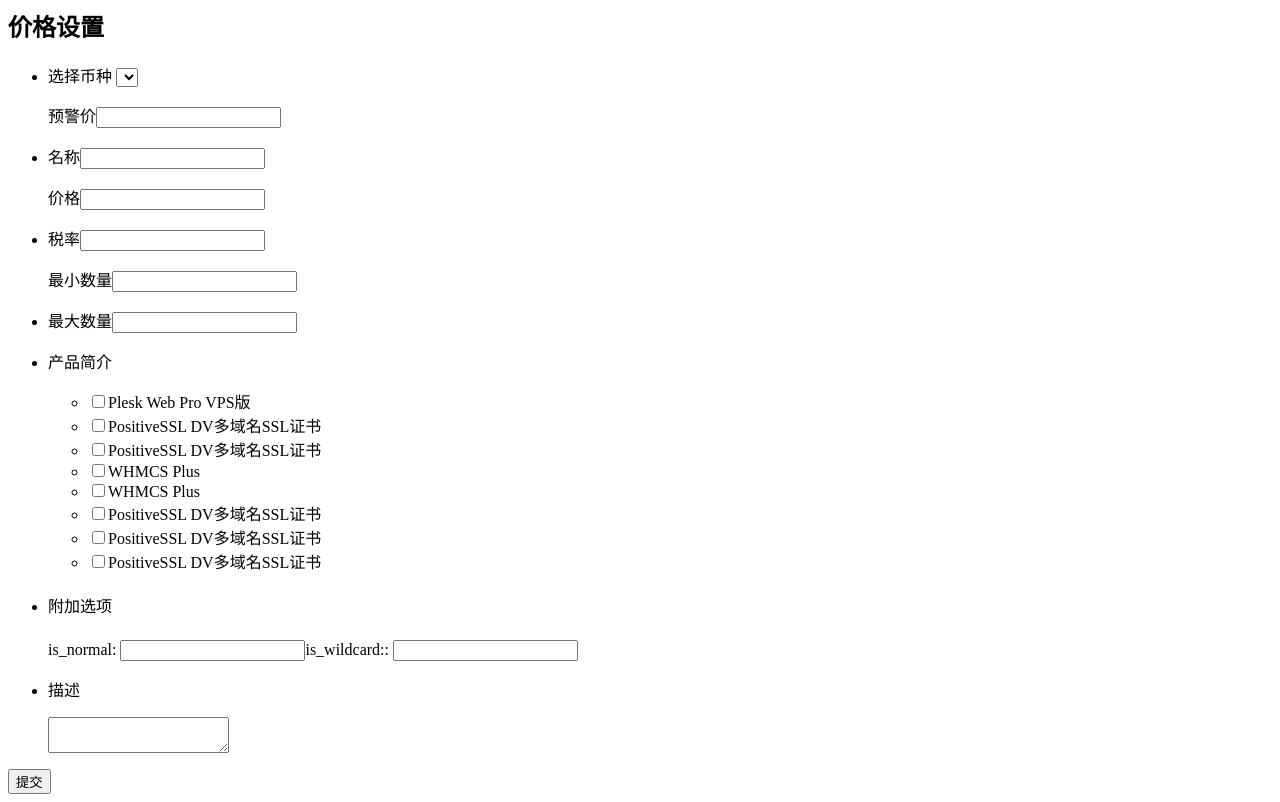
Repository: wangyan466393/racentSystem
Page: priceSetting.html
These files come from the project's save history. The page is drawn as it stood at one moment and after the next save; the edit follows.
The browser window is 1280 px wide. The pictures show the whole page.

Above is the page before, as saved 2020-08-12 18:03:57.

After the next save:
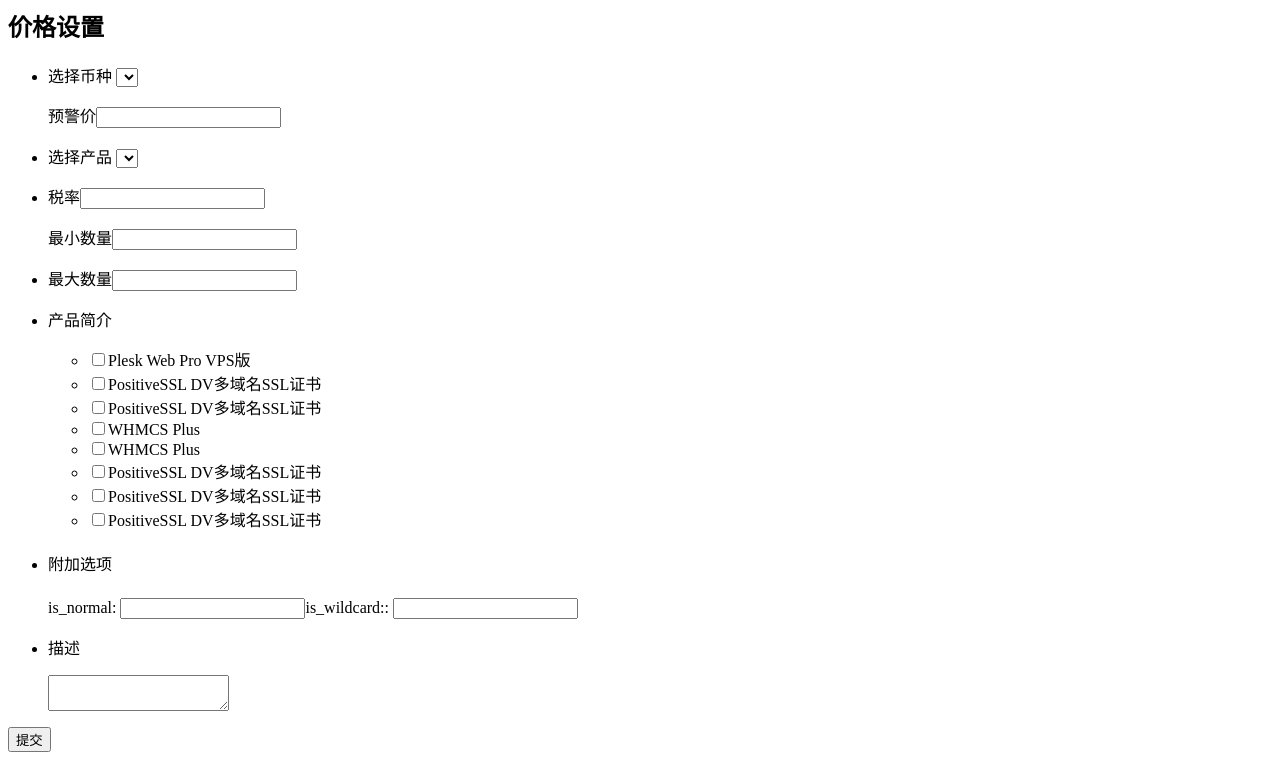
Saved 21 s later.
--- a/priceSetting.html
+++ b/priceSetting.html
@@ -16,10 +16,10 @@
             </li>
             <li>
                 <p>
-                    <span>名称</span><input type="text" class="config_inp">
-                </p>
-                <p>
-                    <span>价格</span><input type="number" class="config_inp">
+                    <span>选择产品</span>
+                    <select name="" id="" class="config_inp">
+                        <option value=""></option>
+                    </select>
                 </p>
             </li>
             <li>
